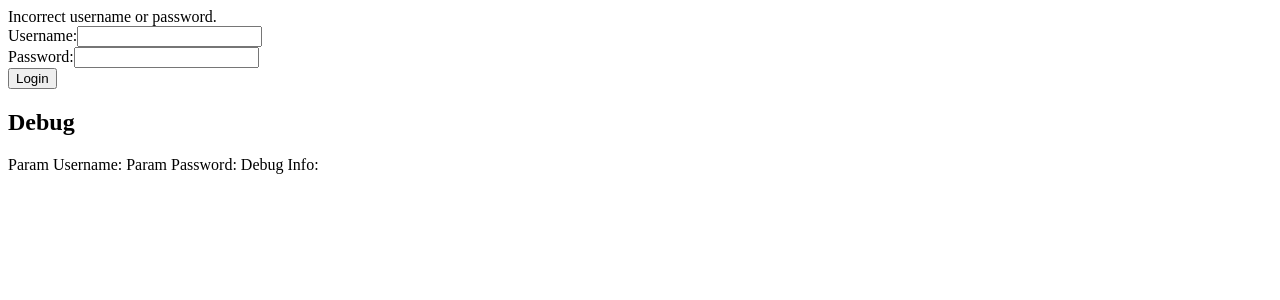
Repository: Bodily-Brad/CS313-Group-Java
Page: http://localhost/8.02/ValidateUser
An editor plug-in stored every save of this project. The page is shown before and after the next save, followed by the edit.
The browser window is 1280 px wide. The pictures show the whole page.
The page is served by Tomcat 9.

Above is the page before, as saved 2014-11-11 16:56:01.

After the next save:
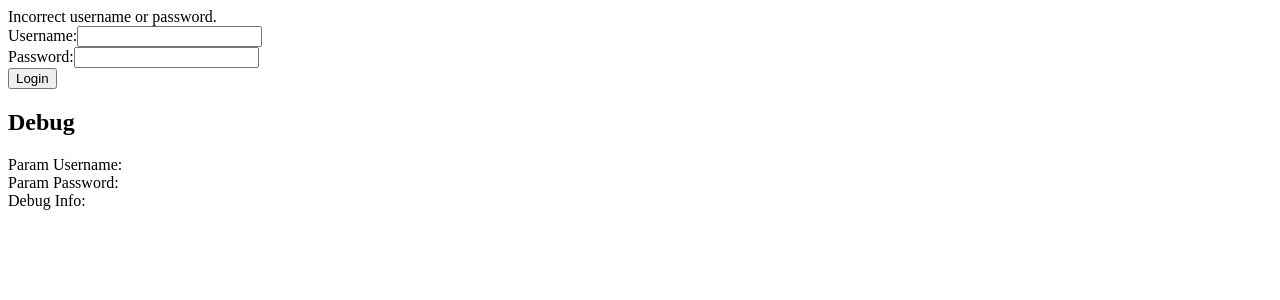
Saved 11 s later.
--- a/8.02/WebContent/login.jsp
+++ b/8.02/WebContent/login.jsp
@@ -14,8 +14,8 @@
 		<input type="submit" value="Login">
 	</form>
 	<h2>Debug</h2>
-	Param Username: ${param.username}
-	Param Password: ${param.password}
+	Param Username: ${param.username}<br>
+	Param Password: ${param.password}<br>
 	Debug Info: ${requestScore.debug}
 </body>
 </html>
